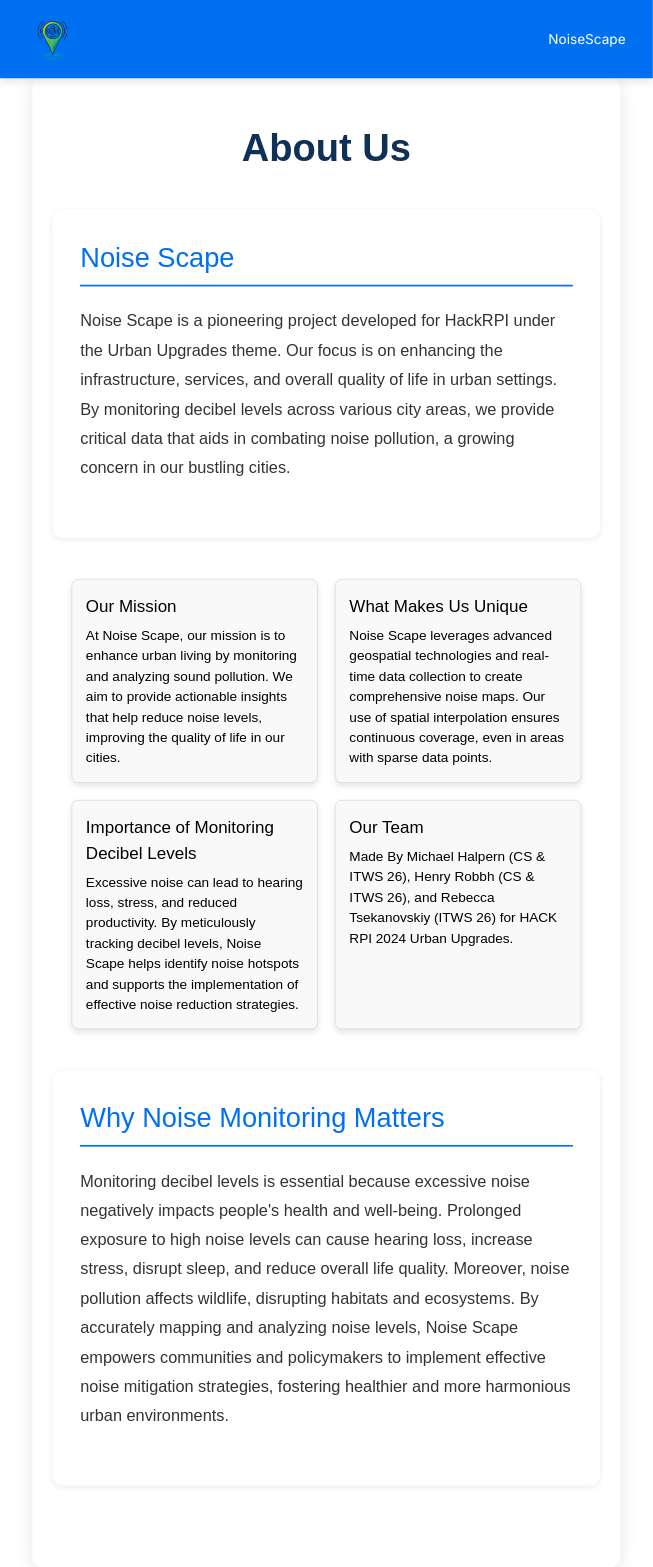
Repository: michaelhelper/HackRPI24
Page: /aboutUs (app in nextjs-dashboard/)
The author's editor kept a copy of each file at every save. The page is drawn from the files as they stood at one save, then again after the next save.
The browser window is 768 px wide. The pictures show the whole page, at 85% of full size.
Some web fonts or font styles are not loaded; a fallback is used. The project was rebuilt for these pictures with package versions that can differ from the ones it lists, and the page was loaded fresh each time. The framework's server and built-in components were replaced by stand-ins that run in the browser. Also part of the build but not shown: nextjs-dashboard/next.config.ts.

Above is the page before, as saved 2024-11-10 10:21:35.

After the next save:
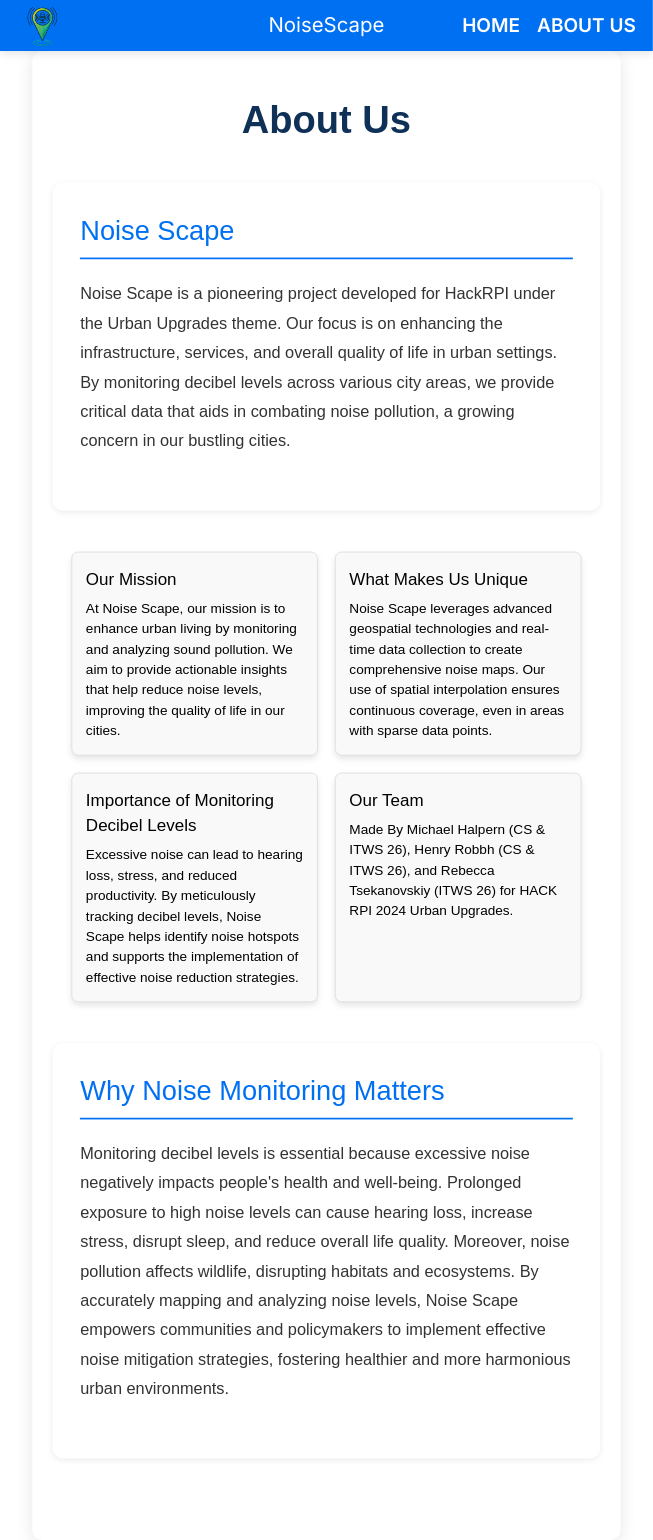
Saved 16 s later.
--- a/nextjs-dashboard/app/navbar.module.css
+++ b/nextjs-dashboard/app/navbar.module.css
@@ -117,4 +117,43 @@
     .navItem {
       margin-left: 0;
     }
+        .navbar {
+          display: flex;
+          align-items: center;
+          justify-content: space-between;
+          padding: 0 20px;
+        }
+
+        .logoContainer {
+          flex: 1;
+        }
+
+        .titleContainer {
+          flex: 1;
+          text-align: center;
+        }
+
+        .projectTitle {
+          margin: 0;
+          font-size: 1.5rem;
+          /* Adjust size as needed */
+        }
+
+        .navLinks {
+          flex: 1;
+          display: flex;
+          justify-content: flex-end;
+          list-style: none;
+          padding: 0;
+          margin: 0;
+        }
+
+        .navItem {
+          margin-left: 20px;
+        }
+
+        .navLink {
+          text-decoration: none;
+          color: inherit;
+        }
   }
